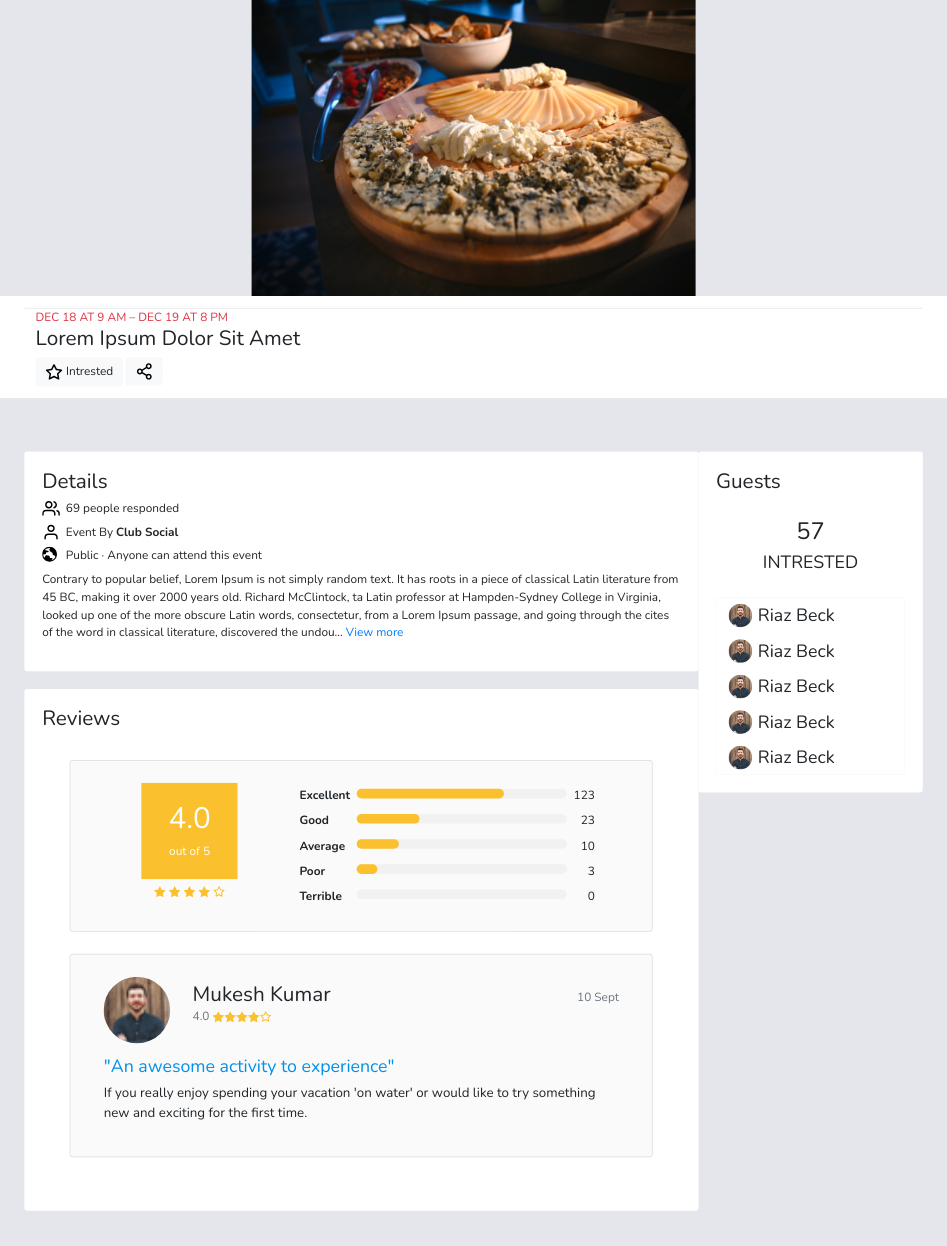
Repository: iamrachid/ensaevents
Page: event.html
These files come from the project's save history. The page is drawn as it stood at one moment and after the next save; the edit follows.
The browser window is 1280 px wide. The pictures show the whole page, at 74% of full size.

Above is the page before, as saved 2021-11-25 18:15:43.

### event.html
<html>

<head>
    <meta charset="UTF-8">
    <meta http-equiv="X-UA-Compatible" content="IE=edge">
    <meta name="viewport" content="width=device-width, initial-scale=1.0">
    <title>Document</title>
    <link rel="stylesheet" href="css/bootstrap.css">
    <link rel="stylesheet" href="css/style.css">
    <!-- Link Swiper's CSS -->
    <link rel="stylesheet" href="https://unpkg.com/swiper/swiper-bundle.min.css" />

    <link rel="preconnect" href="https://fonts.googleapis.com">
    <link rel="preconnect" href="https://fonts.gstatic.com" crossorigin>
    <link
        href="https://fonts.googleapis.com/css2?family=Nunito:ital,wght@0,200;0,300;0,400;0,600;0,700;0,800;0,900;1,200;1,300;1,400;1,600;1,700;1,800;1,900&display=swap"
        rel="stylesheet">
</head>

<body class="w-100">

    <div class="text-center bg-main d-flex justify-content-center">
        <img src="assets/img/card-1.jpg" class="cover-img">
    </div>
    <div class="py-3 px-md-5 px-3">
        <div class="row border-top">
            <div class="col-md-10 col-md-12">
                <span class="text-uppercase text-danger">DEC 18 AT 9 AM – DEC 19 AT 8 PM</span>
                <h3>Lorem Ipsum Dolor Sit Amet</h3>
            </div>
            <div class="col-md-2 col-sm-12">
                <button class="btn btn-light ">
                    <svg class="btn-icon">
                        <use xlink:href="assets/img/icons.svg#icon-star"></use>
                    </svg>
                    Intrested</button>
                <button class="btn btn-light">
                    <svg class="btn-icon">
                        <use xlink:href="assets/img/icons.svg#icon-share-2"></use>
                    </svg>
                </button>
            </div>
        </div>
    </div>

    <div class="p-md-5 p-0 bg-main">
        <div class="row">
            <div class="col-md-8 col-lg-9 pr-3 col-12 px-4 px-md-0">
                <div class="bg-white mt-4 p-4 rounded">
                    <h3>Details</h3>
                    <div class="d-flex">
                        <svg class="detail-icon mr-2 mb-2">
                            <use xlink:href="assets/img/icons.svg#icon-users"></use>
                        </svg>
                        <span>69 people responded</span>
                    </div>
                    <div class="d-flex">
                        <svg class="detail-icon mr-2  mb-2">
                            <use xlink:href="assets/img/icons.svg#icon-user"></use>
                        </svg>
                        <span>Event By <strong>Club Social</strong></span>
                    </div>
                    <div class="d-flex">
                        <svg class="detail-icon mr-2 mb-2">
                            <use xlink:href="assets/img/icons.svg#icon-public"></use>
                        </svg>
                        <span>Public · Anyone can attend this event</span>
                    </div>
                    <p>
                        <span>
                            Contrary to popular belief, Lorem Ipsum is not simply random text. It has roots in a piece
                            of
                            classical
                            Latin literature from 45 BC, making it over 2000 years old. Richard McClintock, ta Latin
                            professor
                            at
                            Hampden-Sydney College in Virginia, looked up one of the more obscure Latin words,
                            consectetur,
                            from
                            a
                            Lorem Ipsum passage, and going through the cites of the word in classical literature,
                            discovered
                            the
                            undou</span><span class="collapse  multi-collapse show fast" id="dots">...</span>
                        <span class="collapse  multi-collapse fast" id="more-text">btable source. Lorem Ipsum comes from
                            sections
                            1.10.32 and 1.10.33 of "de Finibus Bonorum et
                            Malorum" (The Extremes of Good and Evil) by Cicero, written in 45 BC. This book is a
                            treatise on
                            the
                            theory of ethics, very popular during the Renaissance. The first line of Lorem Ipsum, "Lorem
                            ipsum
                            dolor
                            sit amet..", comes from a line in section 1.10.32.
                        </span>

                        <a class="collapse  multi-collapse fast" type="button" id="less" data-toggle="collapse"
                            data-target=".multi-collapse" aria-expanded="false"
                            aria-controls="dots more less more-text">View less</a>
                        <a class="collapse show  multi-collapse fast" type="button" id="more" data-toggle="collapse"
                            data-target=".multi-collapse" aria-expanded="false"
                            aria-controls="dots more less more-text">View more</a>
                    </p>
                </div>
                <div class="bg-white mt-4 p-4 rounded">
                    <h3>Reviews</h3>


                    <div class="row justify-content-center">
                        <div class=" col-12 col-md-11 text-center mb-5">
                            <div class="card review-card">
                                <div class="row justify-content-start d-flex">
                                    <div class="col-md-4 d-flex flex-column">
                                        <div class="rating-box">
                                            <h1 class="pt-4">4.0</h1>
                                            <p class="">out of 5</p>
                                        </div>
                                        <div class="mt-1">
                                            <svg class="rating-icon">
                                                <use xlink:href="assets/img/icons.svg#icon-star-full"></use>
                                            </svg>
                                            <svg class="rating-icon">
                                                <use xlink:href="assets/img/icons.svg#icon-star-full"></use>
                                            </svg>
                                            <svg class="rating-icon">
                                                <use xlink:href="assets/img/icons.svg#icon-star-full"></use>
                                            </svg>
                                            <svg class="rating-icon">
                                                <use xlink:href="assets/img/icons.svg#icon-star-full"></use>
                                            </svg>
                                            <svg class="rating-icon">
                                                <use xlink:href="assets/img/icons.svg#icon-star"></use>
                                            </svg>
                                        </div>
                                    </div>
                                    <div class="col-md-8">
                                        <div class="rating-bar0 justify-content-center">
                                            <table class="text-left mx-auto">
                                                <tr>
                                                    <td class="rating-label">Excellent</td>
                                                    <td class="rating-bar">
                                                        <div class="bar-container">
                                                            <div class="bar-5"></div>
                                                        </div>
                                                    </td>
                                                    <td class="text-right">123</td>
                                                </tr>
                                                <tr>
                                                    <td class="rating-label">Good</td>
                                                    <td class="rating-bar">
                                                        <div class="bar-container">
                                                            <div class="bar-4"></div>
                                                        </div>
                                                    </td>
                                                    <td class="text-right">23</td>
                                                </tr>
                                                <tr>
                                                    <td class="rating-label">Average</td>
                                                    <td class="rating-bar">
                                                        <div class="bar-container">
                                                            <div class="bar-3"></div>
                                                        </div>
                                                    </td>
                                                    <td class="text-right">10</td>
                                                </tr>
                                                <tr>
                                                    <td class="rating-label">Poor</td>
                                                    <td class="rating-bar">
                                                        <div class="bar-container">
                                                            <div class="bar-2"></div>
                                                        </div>
                                                    </td>
                                                    <td class="text-right">3</td>
                                                </tr>
                                                <tr>
                                                    <td class="rating-label">Terrible</td>
                                                    <td class="rating-bar">
                                                        <div class="bar-container">
                                                            <div class="bar-1"></div>
                                                        </div>
                                                    </td>
                                                    <td class="text-right">0</td>
                                                </tr>
                                            </table>
                                        </div>
                                    </div>
                                </div>
                            </div>
                            <div class="card review-card">
                                <div class="row d-flex">
                                    <div class=""> <img class="profile-pic" src="assets/img/user.png"> </div>
                                    <div class="d-flex flex-column">
                                        <h3 class="mt-2 mb-0">Mukesh Kumar</h3>
                                        <div>
                                            <p class="text-left d-flex align-items-center"><span
                                                    class="text-muted mr-1">4.0</span>
                                                <svg class="rating-icon">
                                                    <use xlink:href="assets/img/icons.svg#icon-star-full"></use>
                                                </svg>
                                                <svg class="rating-icon">
                                                    <use xlink:href="assets/img/icons.svg#icon-star-full"></use>
                                                </svg>
                                                <svg class="rating-icon">
                                                    <use xlink:href="assets/img/icons.svg#icon-star-full"></use>
                                                </svg>
                                                <svg class="rating-icon">
                                                    <use xlink:href="assets/img/icons.svg#icon-star-full"></use>
                                                </svg>
                                                <svg class="rating-icon">
                                                    <use xlink:href="assets/img/icons.svg#icon-star"></use>
                                                </svg>
                                            </p>
                                        </div>
                                    </div>
                                    <div class="ml-auto">
                                        <p class="text-muted pt-5 pt-sm-3">10 Sept</p>
                                    </div>
                                </div>
                                <div class="row text-left">
                                    <h4 class="blue-text mt-3">"An awesome activity to experience"</h4>
                                    <p class="content">If you really enjoy spending your vacation 'on water' or would
                                        like
                                        to try something new and exciting for the first time.</p>
                                </div>
                            </div>
                        </div>
                    </div>



                </div>
            </div>
            <div class=" px-4 px-md-0 py-4 col-md-4 col-lg-3  col-sm-12 ">
                <div class="bg-white  p-4 rounded">
                    <h3>Guests</h3>
                    <div class="d-flex  justify-content-center py-4">
                        <div class="d-flex flex-column align-items-center">
                            <h2 cla>57</h2>
                            <h4 class="text-uppercase">Intrested</h4>
                        </div>

                    </div>
                    <div class="overflow-auto border-light border rounded users px-2">
                        <div class="user d-flex align-items-center">
                            <img class="user-img m-2" src="assets/img/user.png" />
                            <span class="user-name">Riaz Beck</span>
                        </div>
                        <div class="user d-flex align-items-center">
                            <img class="user-img m-2" src="assets/img/user.png" />
                            <span class="user-name">Riaz Beck</span>
                        </div>
                        <div class="user d-flex align-items-center">
                            <img class="user-img m-2" src="assets/img/user.png" />
                            <span class="user-name">Riaz Beck</span>
                        </div>
                        <div class="user d-flex align-items-center">
                            <img class="user-img m-2" src="assets/img/user.png" />
                            <span class="user-name">Riaz Beck</span>
                        </div>
                        <div class="user d-flex align-items-center">
                            <img class="user-img m-2" src="assets/img/user.png" />
                            <span class="user-name">Riaz Beck</span>
                        </div>
                        <div class="user d-flex align-items-center">
                            <img class="user-img m-2" src="assets/img/user.png" />
                            <span class="user-name">Riaz Beck</span>
                        </div>
                        <div class="user d-flex align-items-center">
                            <img class="user-img m-2" src="assets/img/user.png" />
                            <span class="user-name">Riaz Beck</span>
                        </div>
                        <div class="user d-flex align-items-center">
                            <img class="user-img m-2" src="assets/img/user.png" />
                            <span class="user-name">Riaz Beck</span>
                        </div>
                        <div class="user d-flex align-items-center">
                            <img class="user-img m-2" src="assets/img/user.png" />
                            <span class="user-name">Riaz Beck</span>
                        </div>
                        <div class="user d-flex align-items-center">
                            <img class="user-img m-2" src="assets/img/user.png" />
                            <span class="user-name">Riaz Beck</span>
                        </div>
                    </div>
                </div>
            </div>
        </div>
        <script src="js/jquery-3.6.0.js">
        </script>
        <!-- Bootstrap -->
        <script src="js/bootstrap.js"></script>
        <!-- Swiper JS -->
        <script src="js/swiper-bundle.min.js"></script>

        <!-- Main script -->
        <script src="js/script.js"></script>

</body>

</html>

### css/style.css
@font-face {
    font-family: Forever;
    src: url(../font/Foreverbrushscript-GwZy.otf);
  }

html, body{
    font-family: "Nunito";
    font-weight: 400;
    width: 100%;
}
.hero {
    background: linear-gradient(45deg, rgba(173,225,255,1) 0%, rgba(186,175,255,1) 40%, rgba(175,255,182,1) 74%, rgba(175,255,182,1) 100%);
}
.btn-header {
    font-size: 1rem;
}

.heading-title {
    font-size: 5rem;
    font-weight: 800;
}
@media only screen and (max-width: 768px) {
    .heading-title {
        font-size: 4rem;
    }

    .padding-smallSize {
        padding: .5rem;
    }
}

.heading-title_white {
    color: #fafafa;
}
.heading-subtitle {
    color: #fafafa;
    letter-spacing: .2cm;
}
.search-bar {
    padding: .51rem 0.5rem;
    background-color: white;
    left: 50%;
    transform: translate(-50%,-50%);
    border-radius: 30px;
}

.search-btn {
    background-color: #b2d0ff;
    color: #fafafa;
    font-weight: 600;
}

.card-img-box {
    height: 12rem;
    overflow: hidden;
    display: flex;
    justify-content: center;
    align-items: center;
}

.forever {
    font-family: Forever;
    font-size:2rem
}

.bg-color-blue {
    background-color:#b2d0ff;
}

.gradient {
    background:linear-gradient(to right,rgba(149, 133, 255,1) 0%, rgba(186,175,255,1)  100%);
}

.menu-icon {
    width: 1.2rem;
    height: 1.2rem;
    fill: #fff;
}

.menu-active {
    border-left: 5px solid #fff;
}

.side-nav-link, .side-nav-link:hover {
    color: #fff;
}

.side-nav-item.active:hover {
    padding-right:5px;
}

.side-nav-item {
    transition: all  0.3s;
}

.side-nav-item:hover, .side-nav-item.active {
    border-left: 5px solid #fff;
    transition: all 0.3s;
}

.btn-purple {
    color: #fff;
    background-color: rgba(149, 133, 255,1);
    border-color: rgba(149, 133, 255,1);
}

.btn-purple:hover {
    color: #fff;
    background-color: rgba(186,175,255,1);
    border-color: rgba(186,175,255,1);
}

.detail-icon {
    height: 1.5rem;
    width: 1.5rem;
}

.users {
    height: 15rem;
}

.user-name {
    font-size:1.5rem;
}

.user-img {
    height: 2rem;
    width: 2rem;
    border-radius:50%;
}

.btn-icon {
    height: 1.5rem;
    width: 1.5rem;
}

.fast {
    transition: all 0s;
}

.bg-main {
    background-color: #e4e6eb !important;
}

.cover-img {
    width: 100%;
    max-width: 600px;
}

/* Reviews */

.rating-icon {
    fill: #FBC02D;
    height: 1rem;
    width: 1rem;
}

.review-card {
    border-radius: 5px;
    background-color: #fff;
    background-color: #fafafa;
    padding-left: 60px;
    padding-right: 60px;
    margin-top: 30px;
    padding-top: 30px;
    padding-bottom: 30px
}

.rating-box {
    width: 130px;
    height: 130px;
    margin-right: auto;
    margin-left: auto;
    background-color: #FBC02D;
    color: #fff
}

.rating-label {
    font-weight: bold
}

.rating-bar {
    width: 300px;
    padding: 8px;
    border-radius: 5px
}

.bar-container {
    width: 100%;
    background-color: #f1f1f1;
    text-align: center;
    color: white;
    border-radius: 20px;
    cursor: pointer;
    margin-bottom: 5px
}

.bar-5 {
    width: 70%;
    height: 13px;
    background-color: #FBC02D;
    border-radius: 20px
}

.bar-4 {
    width: 30%;
    height: 13px;
    background-color: #FBC02D;
    border-radius: 20px
}

.bar-3 {
    width: 20%;
    height: 13px;
    background-color: #FBC02D;
    border-radius: 20px
}

.bar-2 {
    width: 10%;
    height: 13px;
    background-color: #FBC02D;
    border-radius: 20px
}

.bar-1 {
    width: 0%;
    height: 13px;
    background-color: #FBC02D;
    border-radius: 20px
}


.star-active {
    color: #FBC02D;
    margin-top: 10px;
    margin-bottom: 10px
}

.star-active:hover {
    color: #F9A825;
    cursor: pointer
}

.star-inactive {
    color: #CFD8DC;
    margin-top: 10px;
    margin-bottom: 10px
}

.blue-text {
    color: #0091EA
}

.content {
    font-size: 18px
}

.profile-pic {
    width: 90px;
    height: 90px;
    border-radius: 100%;
    margin-right: 30px
}

.pic {
    width: 80px;
    height: 80px;
    margin-right: 10px
}

### js/script.js
var swiper = new Swiper(".events", {
    pagination: {
      el: ".swiper-pagination",
      clickable: true,
    }
    ,
    breakpoints: {
      640: {
        slidesPerView: 1,
        spaceBetween: 20,
      },
      768: {
        slidesPerView: 2,
        spaceBetween: 40,
      },
      1024: {
        slidesPerView: 3,
        spaceBetween: 50,
      },
    },

  })

  var swiper = new Swiper(".clubs", {
    spaceBetween: 10,
    autoplay: {
      delay: 3000,
      // TODO: this should be false
      disableOnInteraction: false,
    },
    pagination: {
      el: ".swiper-pagination",
      clickable: true,
    },
    navigation: {
      nextEl: ".swiper-button-next",
      prevEl: ".swiper-button-prev",
    },
    breakpoints: {
      640: {
        slidesPerView: 2,
        spaceBetween: 20,
      },
      768: {
        slidesPerView: 3,
        spaceBetween: 40,
      },
      1024: {
        slidesPerView: 5,
        spaceBetween: 50,
      },
    }
  });;

Loaded but not shown: css/bootstrap.css (library); js/jquery-3.6.0.js (library); js/bootstrap.js (library); js/swiper-bundle.min.js (library)

After the next save:
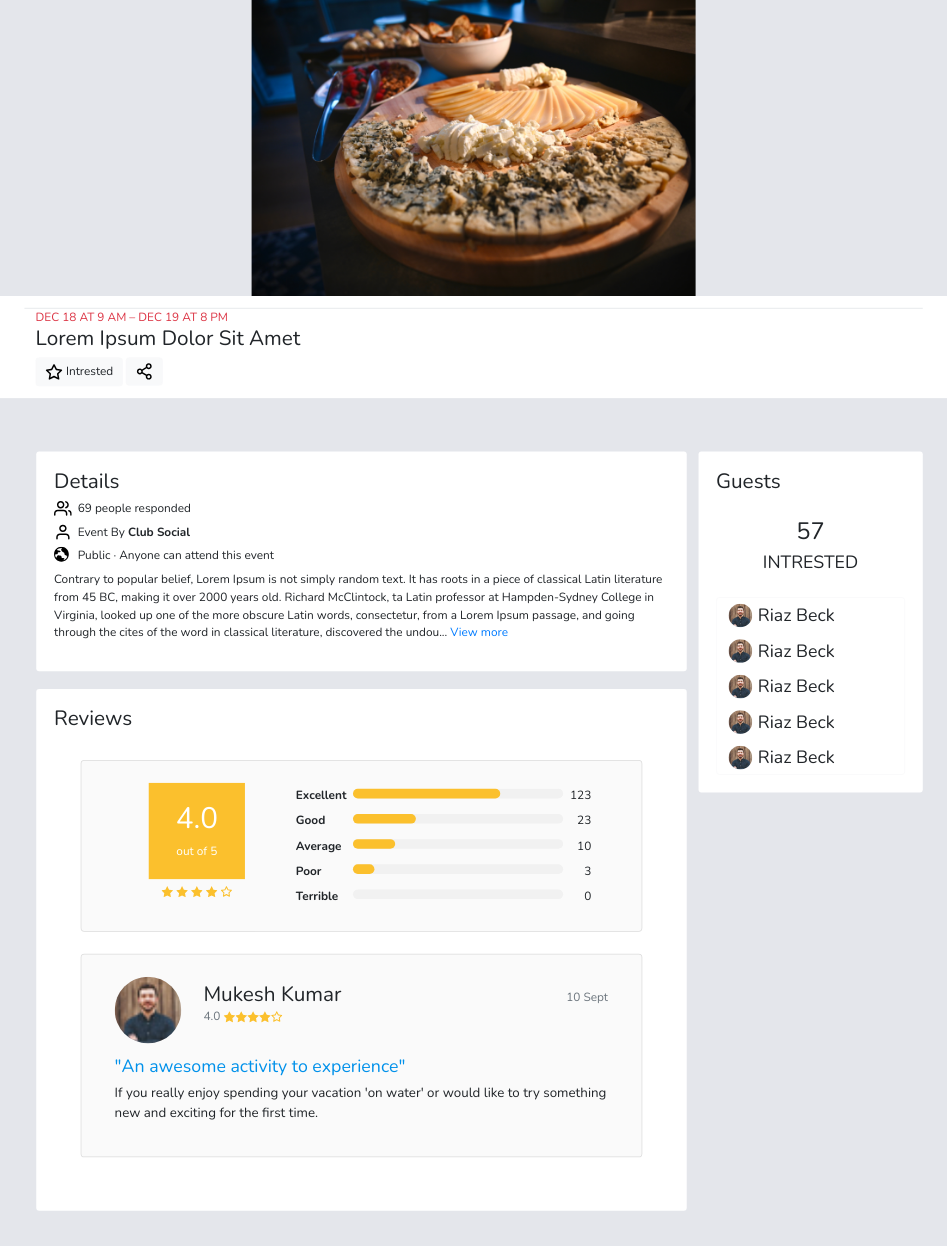
Saved 94 s later.
--- a/event.html
+++ b/event.html
@@ -45,7 +45,7 @@
 
     <div class="p-md-5 p-0 bg-main">
         <div class="row">
-            <div class="col-md-8 col-lg-9 pr-3 col-12 px-4 px-md-0">
+            <div class="col-md-8 col-lg-9 col-12 px-4 px-md-3">
                 <div class="bg-white mt-4 p-4 rounded">
                     <h3>Details</h3>
                     <div class="d-flex">
